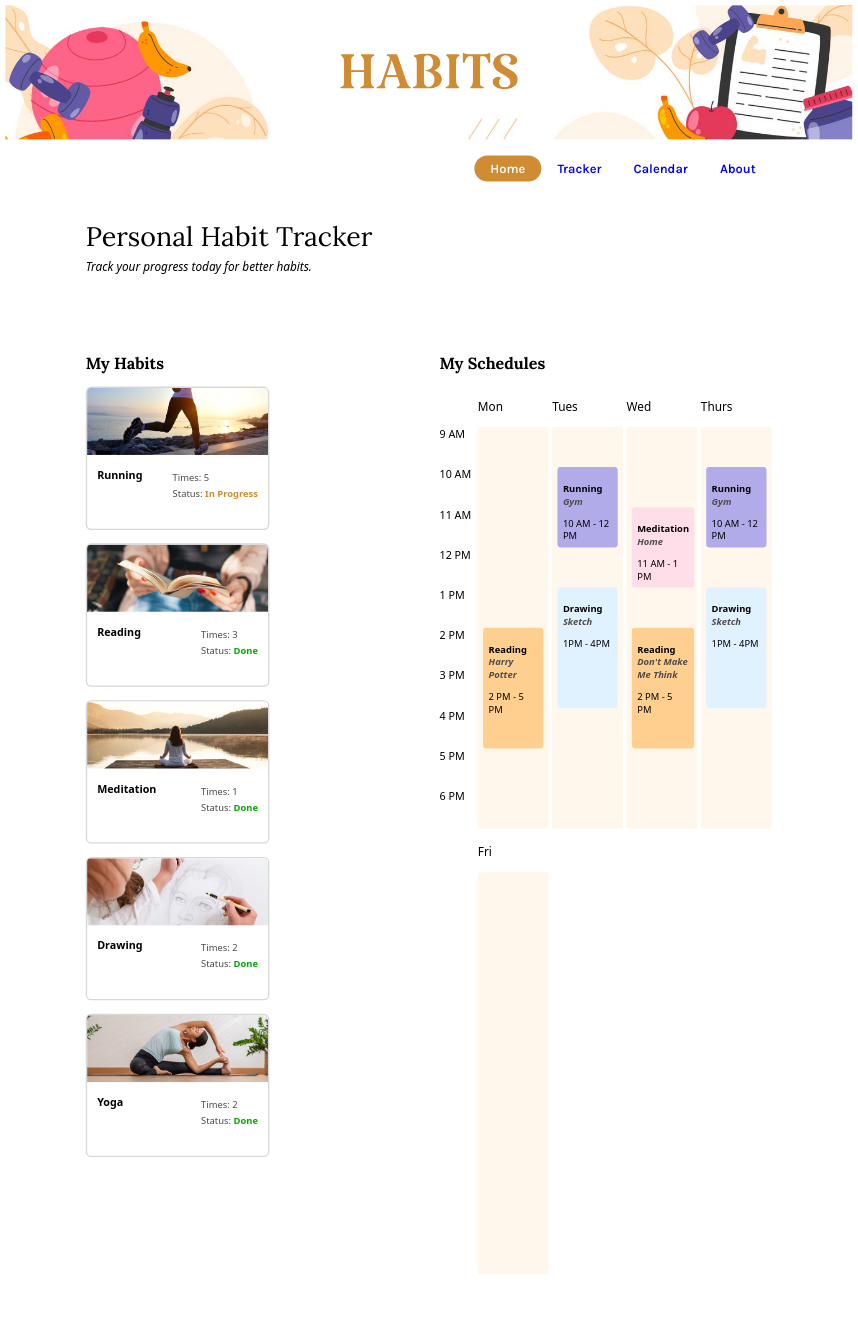
Repository: SandyLy453/habit-tracker
Page: http://localhost/
An editor plug-in stored every save of this project. The page is shown before and after the next save, followed by the edit.
The browser window is 1280 px wide. The pictures show the whole page, at 67% of full size.
The page is served by the project's Node server (server.js).

Above is the page before, as saved 2025-03-14 21:07:53.

### views/pages/home.ejs
<!DOCTYPE html>
<html lang="en">
<head>
    <meta charset="UTF-8">
    <meta name="viewport" content="width=device-width, initial-scale=1.0">
    <link rel="stylesheet" href="/styles.css">

    <!-- Fonts -->
    <link rel="preconnect" href="https://fonts.googleapis.com">
    <link rel="preconnect" href="https://fonts.gstatic.com" crossorigin>
    <link href="https://fonts.googleapis.com/css2?family=Karla:ital,wght@0,200..800;1,200..800&family=Roboto:ital,wght@0,100..900;1,100..900&display=swap" rel="stylesheet">

    <link rel="preconnect" href="https://fonts.googleapis.com">
    <link rel="preconnect" href="https://fonts.gstatic.com" crossorigin>
    <link href="https://fonts.googleapis.com/css2?family=Lora:ital,wght@0,400..700;1,400..700&display=swap" rel="stylesheet">
</head>
<body>
    <%- include('../partials/header', { activePage: 'home' }) %>
    <div class="heading_section">
        <h1>Personal Habit Tracker</h1>
        <p>Track your progress today for better habits.</p>
    </div>

    <section class="main_content">
        <div class="cards_section">
            <h2>My Habits</h2>
            <section class="cards">
                <div class="card">
                    <img src="/images/running.png" alt="Running Image" />
                    <div class="habit">
                        <h3>Running</h3>
                        <div class="details">
                            <p>Times: 5</p>
                            <p>Status: <span class="status in-progress">In Progress</span></p>
                        </div>
                    </div>
                </div>
                <div class="card">
                    <img src="/images/reading.png" alt="Reading Image" />
                    <div class="habit">
                        <h3>Reading</h3>
                        <div class="details">
                            <p>Times: 3</p>
                            <p>Status: <span class="status done">Done</span></p>
                        </div>
                    </div>
                </div>
                <div class="card">
                    <img src="/images/meditation.png" alt="Meditation Image" />
                    <div class="habit">
                        <h3>Meditation</h3>
                        <div class="details">
                            <p>Times: 1</p>
                            <p>Status: <span class="status done">Done</span></p>
                        </div>
                    </div>
                </div>
                <div class="card">
                    <img src="/images/drawing.png" alt="Drawing Image" />
                    <div class="habit">
                        <h3>Drawing</h3>
                        <div class="details">
                            <p>Times: 2</p>
                            <p>Status: <span class="status done">Done</span></p>
                        </div>
                    </div>
                </div>
                <div class="card">
                    <img src="/images/yoga.png" alt="Yoga Image" />
                    <div class="habit">
                        <h3>Yoga</h3>
                        <div class="details">
                            <p>Times: 2</p>
                            <p>Status: <span class="status done">Done</span></p>
                        </div>
                    </div>
                </div>
            </section>
        </div>
        <div class="schedules_section">
            <h2>My Schedules</h2>
            <div class="calendar">
                <div class="timeline">
                  <div class="spacer"></div>
                  <div class="time-marker">9 AM</div>
                  <div class="time-marker">10 AM</div>
                  <div class="time-marker">11 AM</div>
                  <div class="time-marker">12 PM</div>
                  <div class="time-marker">1 PM</div>
                  <div class="time-marker">2 PM</div>
                  <div class="time-marker">3 PM</div>
                  <div class="time-marker">4 PM</div>
                  <div class="time-marker">5 PM</div>
                  <div class="time-marker">6 PM</div>
                </div>
                <div class="days">
                  <div class="day mon">
                    <div class="date">
                      <p class="date-day">Mon</p>
                    </div>
                    <div class="events">
                      <div class="event start-2 end-5 reading">
                        <p class="title">Reading<br><span style="font-style: italic; color: #4e4e4e">Harry Potter</span></p>
                        <p class="time">2 PM - 5 PM</p>
                      </div>
                    </div>
                  </div>
                  <div class="day tues">
                    <div class="date">
                      <p class="date-day">Tues</p>
                    </div>
                    <div class="events">
                      <div class="event start-10 end-12 running">
                        <p class="title">Running<br><span style="font-style: italic; color: #4e4e4e">Gym</span></p>
                        <p class="time">10 AM - 12 PM</p>
                      </div>
                      <div class="event start-1 end-4 drawing">
                        <p class="title">Drawing<br><span style="font-style: italic; color: #4e4e4e">Sketch</p>
                        <p class="time">1PM - 4PM</p>
                      </div>
                    </div>
                  </div>
                  <div class="day wed">
                    <div class="date">
                      <p class="date-day">Wed</p>
                    </div>
                    <div class="events">
                      <div class="event start-12 end-1 meditation">
                        <p class="title">Meditation<br><span style="font-style: italic; color: #4e4e4e">Home</span></p>
                        <p class="time">11 AM - 1 PM</p>
                      </div>
                      <div class="event start-2 end-5 reading">
                        <p class="title">Reading<br><span style="font-style: italic; color: #4e4e4e">Don't Make Me Think</span></p>
                        <p class="time">2 PM - 5 PM</p>
                      </div>
                    </div>
                  </div>
                  <div class="day thurs">
                    <div class="date">
                      <p class="date-day">Thurs</p>
                    </div>
                    <div class="events">
                      <div class="event start-10 end-12 running">
                        <p class="title">Running<br><span style="font-style: italic; color: #4e4e4e">Gym</span></p>
                        <p class="time">10 AM - 12 PM</p>
                      </div>
                      <div class="event start-1 end-4 drawing">
                        <p class="title">Drawing<br><span style="font-style: italic; color: #4e4e4e">Sketch</p>
                        <p class="time">1PM - 4PM</p>
                      </div>
                    </div>
                  </div>
                  <div class="day fri">
                    <div class="date">
                      <p class="date-day">Fri</p>
                    </div>
                    <div class="events">
                    </div>
                  </div>
                </div>
              </div>
        </div>
    </section>
</body>
</html>

### views/partials/header.ejs
<!DOCTYPE html>
<html lang="en">
<head>
    <meta charset="UTF-8">
    <meta name="viewport" content="width=device-width, initial-scale=1.0">
    <title>
        <%= typeof title != 'undefined' ? title : 'Page Title' %>
    </title>
    <link rel="stylesheet" href="/styles.css">
    <link rel="preconnect" href="https://fonts.googleapis.com">
    <link rel="preconnect" href="https://fonts.gstatic.com" crossorigin>
    <link href="https://fonts.googleapis.com/css2?family=Karla:ital,wght@0,200..800;1,200..800&family=Roboto:ital,wght@0,100..900;1,100..900&display=swap" rel="stylesheet">
</head>
<body>
    <header>
        <div class="header_container">
            <img src="<%= activePage === 'home' ? '/images/home_banner.png' : activePage === 'tracker' ? '/images/tracker_banner.png' : activePage === 'calendar' ? '/images/calendar_banner.png' : '/images/about_banner.png' %>" alt="Banner Images"/>
            <ul class="header">
                <li><a href="/" class="header_items <%= activePage === 'home' ? 'highlight' : '' %>">Home</a></li>
                <li><a href="/tracker" class="header_items <%= activePage === 'tracker' ? 'highlight' : '' %>">Tracker</a></li>
                <li><a href="/calendar" class="header_items <%= activePage === 'calendar' ? 'highlight' : '' %>">Calendar</a></li>
                <li><a href="/about" class="header_items <%= activePage === 'about' ? 'highlight' : '' %>">About</a></li>
              </ul>
        </div>
    </header>
</body>
</html>

### server.js
import pg from 'pg';
import express from 'express';
import bodyParser from 'body-parser';
import dotenv from 'dotenv';
import path from 'path';
import { fileURLToPath } from 'url';

const __filename = fileURLToPath(import.meta.url);
const __dirname = path.dirname(__filename);

dotenv.config();

// Database setup
const db = new pg.Client({
  user: process.env.DB_USER,
  host: process.env.DB_HOST,
  database: process.env.DB_DATABASE,
  password: process.env.DB_PASSWORD,
  port: process.env.DB_PORT,
});

db.connect()
  .then(() => {
    console.log('Connected to the database');
  })
  .catch(err => {
    console.error('Database connection error:', err.stack);
});

const app = express();
const port = 3000;

app.set('views', path.join(__dirname, 'views'));

// Middleware
app.use(bodyParser.urlencoded({ extended: true }));
app.use(express.static('public'));  // Serve static files from the public folder
app.set('view engine', 'ejs');

// Routes
app.get('/', (req, res) => {
  res.render('pages/home', {
    title: "Personal Habit Tracker",
    activePage: 'home',
    paragraph: "Track your progress today for better habits."
  });
});

app.get('/tracker', (req, res) => {
  res.render('pages/tracker', {
    title: "My Habits Tracker",
    activePage: 'tracker',
    paragraph: " "
  });
});

app.get('/calendar', (req, res) => {
  res.render('pages/calendar', {
    title: "My Calendar",
    activePage: 'calendar',
    paragraph: " "
  });
});

app.get('/about', (req, res) => {
  res.render('pages/about', {
    title: "About",
    activePage: 'about',
  });
});

app.listen(port, () => {
  console.log(`App listening at port ${port}`);
});

### public/styles.css
:root {
    --header-font: "Karla", sans-serif;
    --heading-font: "Lora", serif;

    --font-styles-bold: 600;
    --font-styles-regular: 400;
    --header-large: 1.2rem;
    --page-heading: 2.5rem;
    --page-details: 1.1rem;

    --card-status-inProgress: #CF8C33;
    --card-paragraph: #4A4A4A;
    --card-status-done: #03a903;

    --schedules-reading: #FFCF90;
    --schedules-running: #B2ABEA;
    --schedules-drawing: #E0F1FF;
    --schedules-meditation: #FFDDE9;
    --event-backgroundColor: #FFF7EC;

    --numDays: 5;
    --numHours: 10;
    --timeHeight: 60px;
}

body {
    font-family: Arial, sans-serif;
    text-align: center;
}

input, button {
    margin: 5px;
    padding: 8px;
}

/* Header */
.header_container img {
    margin: 0;
    padding: 0;
    display: block;
    width: 100%;
    height: 100%;
    object-fit: cover;
}

.header {
    display: flex;
    flex-direction: row;
    justify-content:flex-end;
    list-style: none;
    margin: 2rem 120px;
    font-family: var(--header-font);
    font-weight: var(--font-styles-bold);
    font-size: var(--header-large);
}

.header_items {
    text-decoration: none;
    padding: .5rem 1.5rem;
    border-radius: 20px;
}

.header_items.highlight {
    color: white;
    background-color: var(--card-status-inProgress);
}

/* Home Page */
.heading_section {
    text-align: left;
    margin: 4rem 120px 6rem 120px;
}

.heading_section h1 {
    font-family: var(--heading-font);
    font-weight: var(--font-styles-regular);
    font-size: var(--page-heading);
    margin-bottom: 0;
}

.heading_section p {
    font-size: var(--page-details);
    margin-top: .5rem;
    font-style: italic;
}

.main_content {
    display: flex;
    flex-direction: row;
    margin: 0 120px 6rem 120px;
    gap: 2rem;
    text-align: left;
    align-items: flex-start;
}

/* Home Page Cards */

.cards_section {
    width: 50%;
    display: flex;
    flex-direction: column;
    justify-content: flex-start;
    padding: 0;
}

.cards_section h2,
.schedules_section h2 {
    font-family: var(--heading-font);
}

.cards {
    display: flex;
    flex-direction: row;
    flex-wrap: wrap;
    gap: 20px;
}

.card {
    position: relative;
    background-color: white;
    border-radius: 8px;
    border: 2px solid #D8D8D8;
    padding: 15px;
    width: 240px;
    height: 180px;
    text-align: left;
    overflow: hidden;
}

.card img {
    width: 100%;
    height: 100px;
    object-fit: cover;
    position: absolute;
    overflow: hidden;
    top: 0;
    left: 0;
    right: 0;
}

.habit {
    position: relative;
    display: flex;
    flex-direction: row;
    margin-bottom: 15px;
    justify-content: space-between;
    top: 6.5rem;
}

.habit h3 {
    margin: 0;
    font-size: 16px;
}

.habit p {
    margin: 5px 0;
    font-size: 14px;
    color: var(--card-paragraph);
}

.status {
    font-weight: bold;
}

.status.in-progress {
    color: var(--card-status-inProgress);
}

.status.done {
    color: var(--card-status-done);
}

/* Calendar */

.schedules_section {
    width: 50%;
    display: flex;
    flex-direction: column;
}

.calendar {
    display: grid;
    gap: 10px;
    grid-template-columns: auto 1fr;
}

.timeline {
    display: grid;
    grid-template-rows: repeat(var(--numHours), var(--timeHeight));
}

.days {
    display: grid;
    grid-column: 2;
    gap: 5px;
    grid-template-columns: repeat(auto-fit, minmax(100px, 1fr));
}

.events {
    display: grid;
    grid-template-rows: repeat(var(--numHours), var(--timeHeight));
    border-radius: 5px;
    background: var(--event-backgroundColor);
}

.start-10 {
    grid-row-start: 2;
}

.start-12 {
    grid-row-start: 3;
}

.start-1 {
    grid-row-start: 5;
}

.start-2 {
    grid-row-start: 6;
}

.end-12 {
    grid-row-end: 4;
}

.end-1 {
    grid-row-end: 5;
}

.end-3 {
    grid-row-end: 7;
}

.end-4 {
    grid-row-end: 8;
}

.end-5 {
    grid-row-end: 9;
}

.title {
    font-weight: 600;
    margin-bottom: 0.1rem;
}

.event {
    border: 1px solid var(--eventBorderColor);
    border-radius: 5px;
    padding: 0.5rem;
    margin: 0 0.5rem;
    background: white;
}

.events p {
    font-size: 14px;
}

.space,
.date {
    height: 60px
}

body {
    font-family: system-ui, sans-serif;
}

.running {
    background: var(--schedules-running);
}

.drawing {
    background: var(--schedules-drawing);
}

.meditation {
    background: var(--schedules-meditation);
}

.reading {
    background: var(--schedules-reading);
}

.date {
    display: flex;
    gap: 1em;
}

.date-day {
    display: inline;
    font-size: var(--page-details);
}

After the next save:
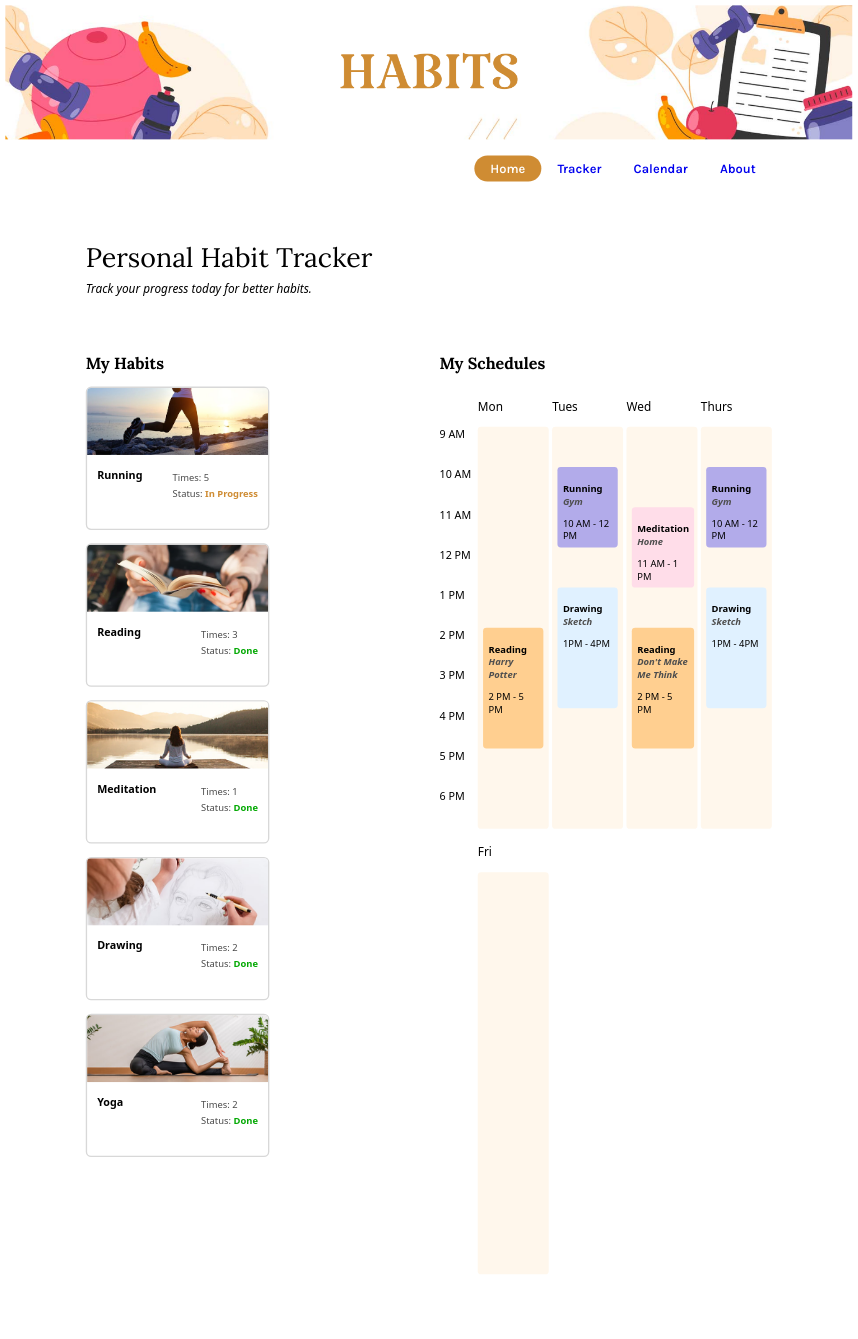
Saved 7 s later.
--- a/public/styles.css
+++ b/public/styles.css
@@ -68,7 +68,7 @@ input, button {
 /* Home Page */
 .heading_section {
     text-align: left;
-    margin: 4rem 120px 6rem 120px;
+    margin: 6rem 120px 4rem 120px;
 }
 
 .heading_section h1 {
